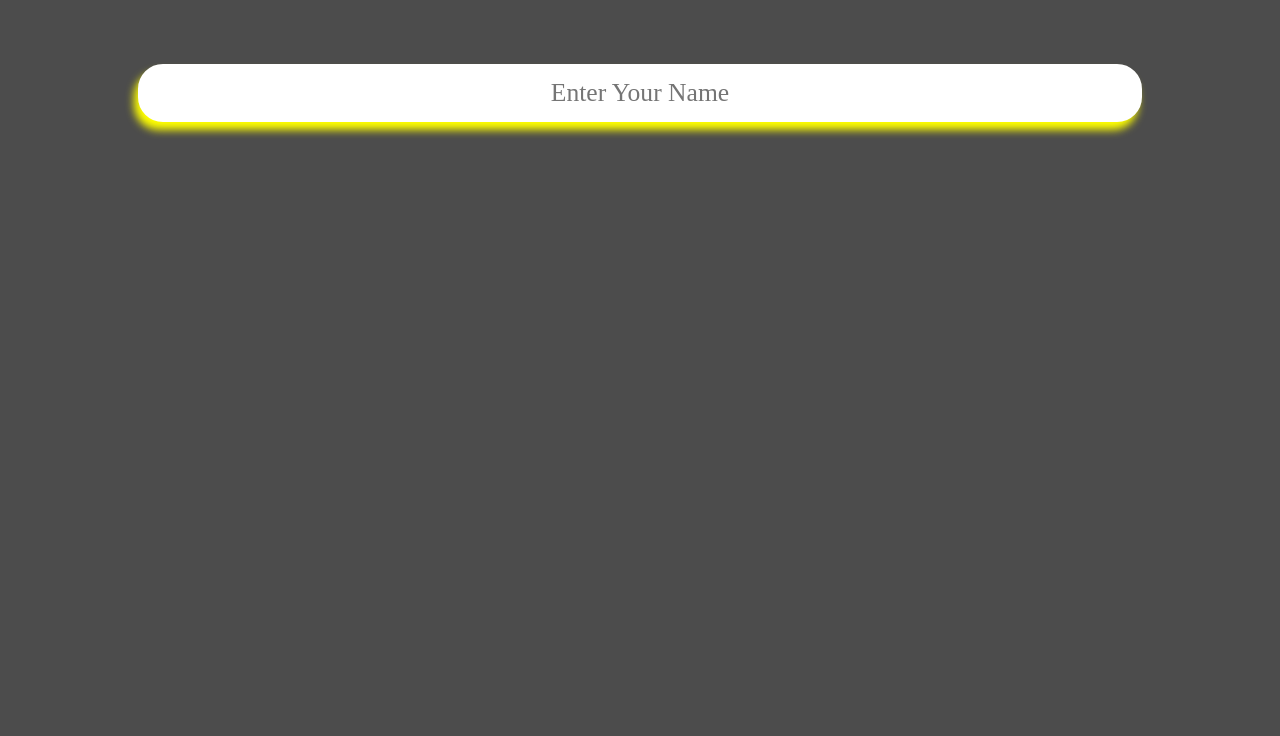
Repository: Haneef-Shaik/Greetings
Page: /
The author's editor kept a copy of each file at every save. The page is drawn from the files as they stood at one save, then again after the next save.
The browser window is 1280 px wide. The pictures show the whole page.
The project was rebuilt for these pictures with package versions that can differ from the ones it lists, and the page was loaded fresh each time. The framework's server and built-in components were replaced by stand-ins that run in the browser. Also part of the build but not shown: next.config.js, styles/card.module.scss, components/card.js, styles/socialShare.module.scss, components/socialShare.js.

Above is the page before, as saved 2021-12-01 20:15:35.

After the next save:
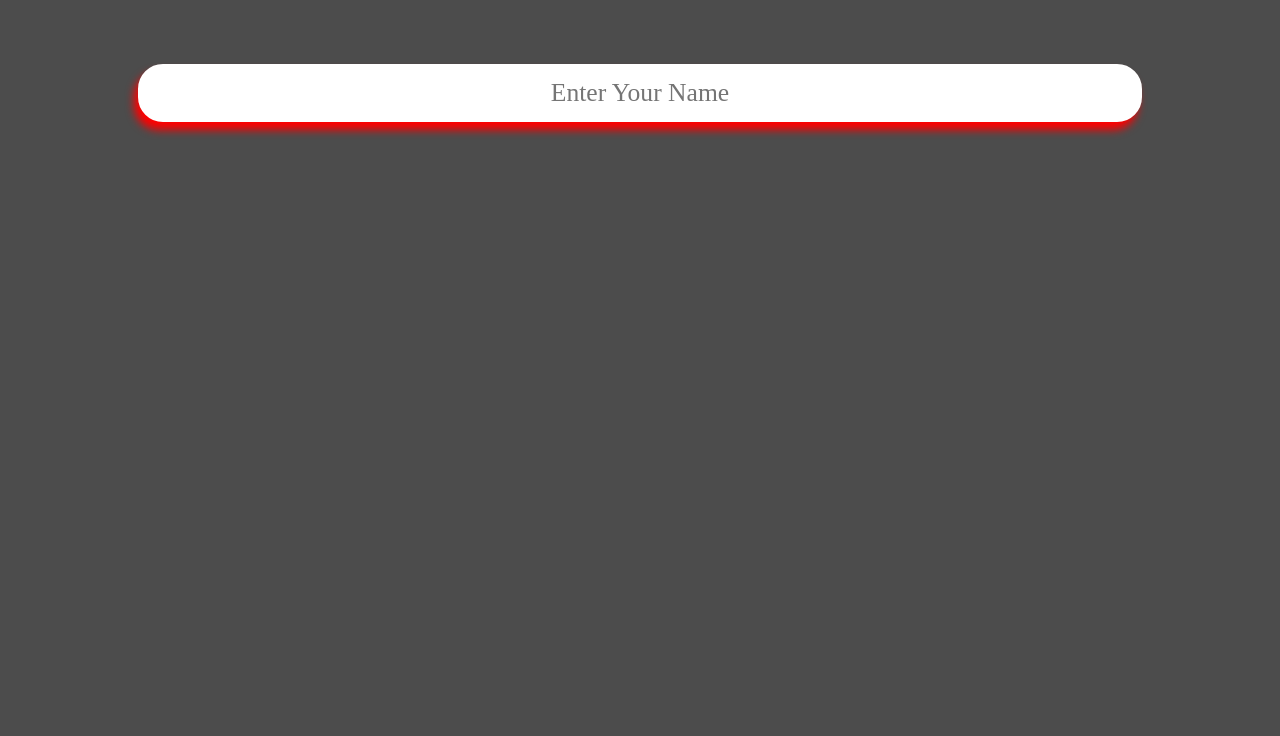
Saved 9 s later.
--- a/styles/form.module.scss
+++ b/styles/form.module.scss
@@ -11,7 +11,7 @@
         border:5px solid #FFFFFF;
         border-radius:25px;
         background-color:#fff;
-        box-shadow: -4px 8px 8px yellow;
+        box-shadow: -4px 8px 8px red;
         line-height:3rem;
 
     }
